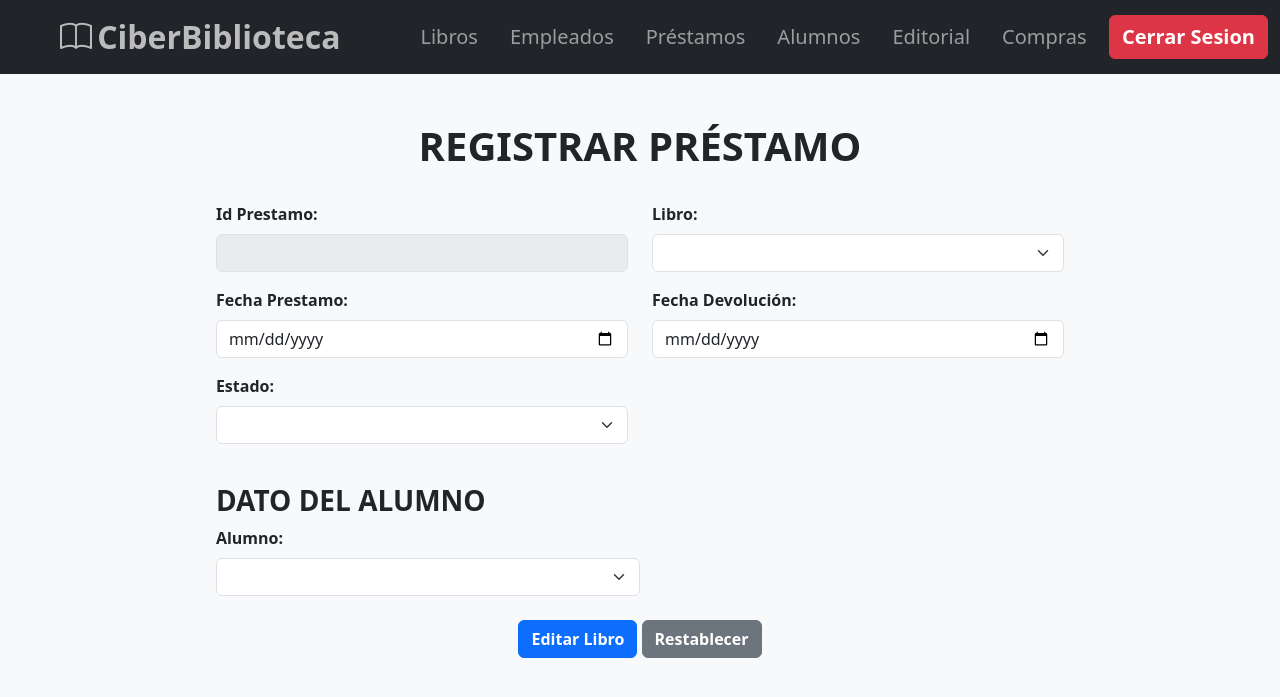
Repository: WilmerOcampo/Biblioteca_Project
Page: http://localhost/Biblioteca_Project/editarPrestamo.jsp
An editor plug-in stored every save of this project. The page is shown before and after the next save, followed by the edit.
The browser window is 1280 px wide. The pictures show the whole page.
The page is served by Tomcat 10. Queries for data that is not in the repository find no rows.

Above is the page before, as saved 2023-06-28 17:30:37.

After the next save:
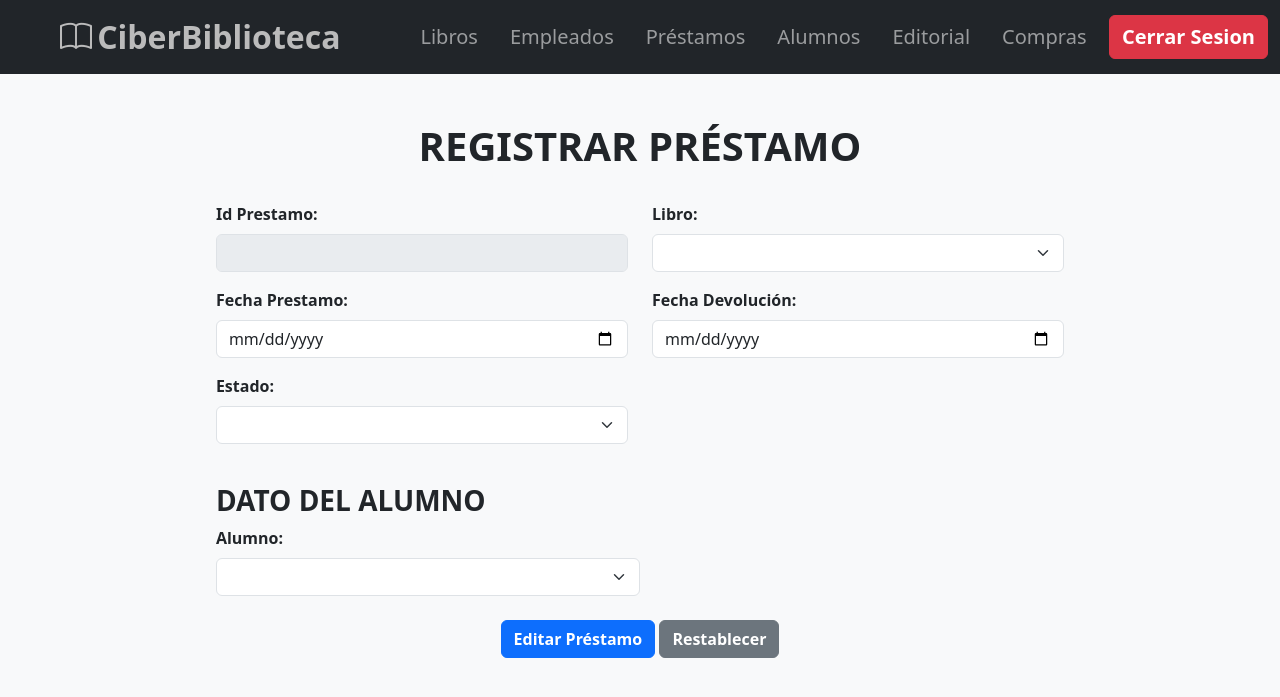
Saved 3 min 19 s later.
--- a/Biblioteca_Project/src/main/webapp/editarPrestamo.jsp
+++ b/Biblioteca_Project/src/main/webapp/editarPrestamo.jsp
@@ -71,7 +71,7 @@
                 <div class="col-md-6">
                     <label for="idAlumno" class="form-label"><b>Alumno:</b></label>
 				    <select class="form-select" id="idAlumno" name="idAlumno">
-				        <!-- option value="0" disabled>Seleccione editorial</option-->
+				        <option value="${prestamo.idAlumno }" > ${ prestamo.alumno }</option>
 				        <% try {
 				            Connection connection = MySQLConexion.getConexion();
 				            String sql = "SELECT * FROM alumno";
@@ -88,7 +88,7 @@
 			<div class="row">
 				<div class="col-md-12 text-center">
 					<br>
-					<input type="submit" name="enviar" id="enviar" value="Editar Libro" class="btn btn-primary" style="font-weight: 600" onclick="return confirmarEdicion()">
+					<input type="submit" name="enviar" id="enviar" value="Editar Préstamo" class="btn btn-primary" style="font-weight: 600" onclick="return confirmarEdicion()">
 					<input type="reset" name="borrar" id="borrar" value="Restablecer" class="btn btn-secondary" style="font-weight: 600">
 				</div>
 			</div>
@@ -99,7 +99,7 @@
 <%@include file="snippet/bootstrap_fin.jsp" %>
 <script>
 	function confirmarEdicion() {
-		return confirm("¿Estás seguro de que deseas guaradr los cambios?");
+		return confirm("¿Estás seguro de que deseas guardar los cambios?");
 	}
 </script>
 </html>
